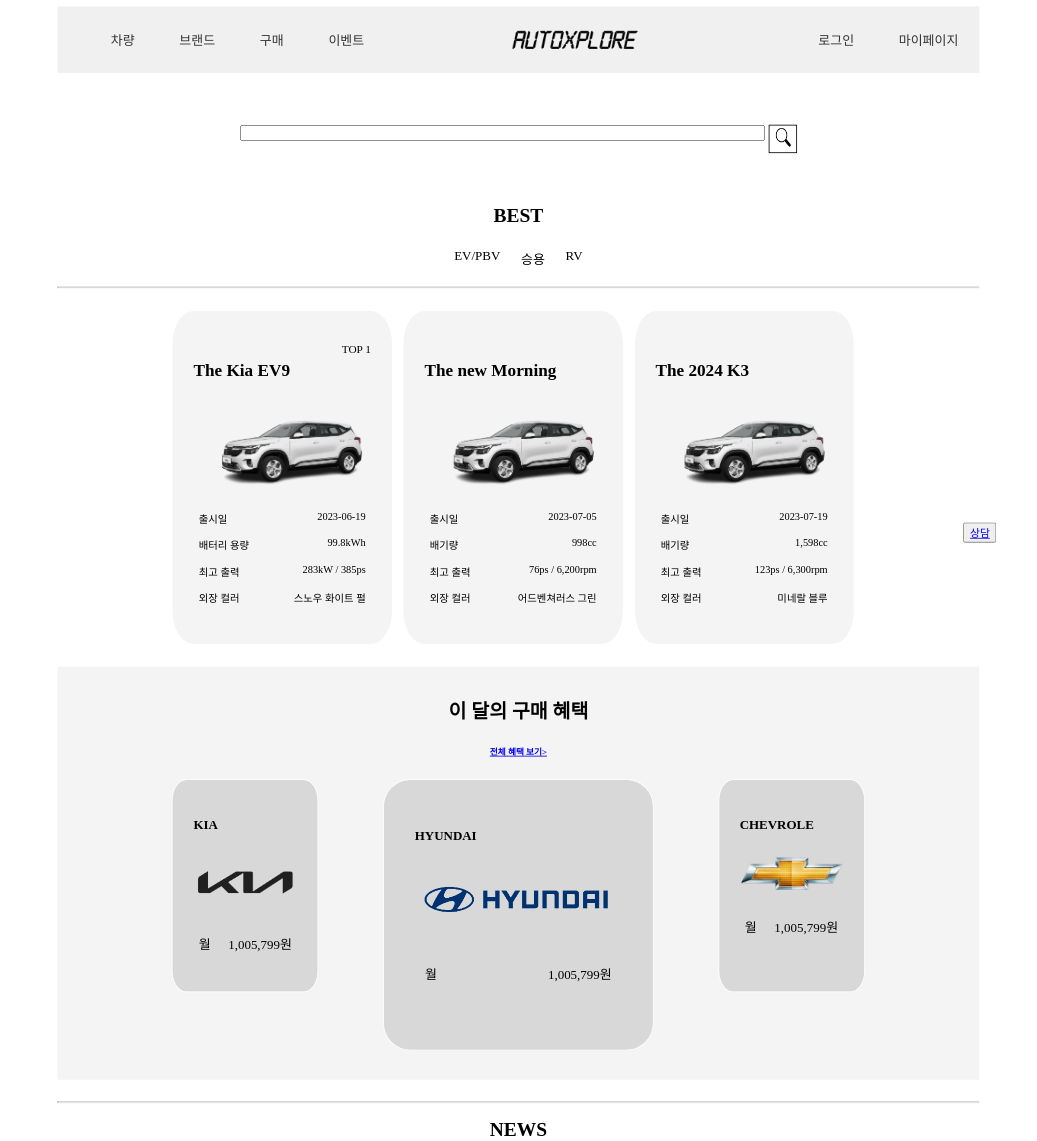
Repository: Autoxplore/Autoxplore
Page: mainPage.html
These files come from the project's save history. The page is drawn as it stood at one moment and after the next save; the edit follows.
The browser window is 1280 px wide. The pictures show the part of the page from y = 0 to 1409 px (the page is 2403 px tall before and 2439 px after), at 81% of full size.
A picture or video elsewhere on the page could not be fetched, so the positions and the page height are approximate.

Above is the page before, as saved 2023-08-03 15:42:14.

### mainPage.html
<!DOCTYPE html>
<html lang="en">
<head>
    <meta charset="UTF-8">
    <meta name="viewport" content="width=device-width, initial-scale=1.0">
    <title>AUTOXPLORE MAIN</title>
    <link rel="stylesheet" href="harin_css/mainPage.css">
</head>
<body>
    <div id="wrap">
        <header>
            <nav class="header1">
                <ul>
                    <li><a href="#">차량</a></li>
                    <li><a href="#">브랜드</a></li>
                    <li><a href="#">구매</a></li>
                    <li><a href="#">이벤트</a></li>
                </ul>
            </nav>
                <a href="#" title="메인 페이지로 이동" ><img class="logo" src="image/logo/autoxplore.png" alt="AUTOXPLORE 로고"></a>
            <nav class="header2">
                <ul>
                    <li><a href="#">로그인</a></li>
                    <li><a href="#">마이페이지</a></li>
                </ul>
            </nav>
        </header>
        <section class="search">
            <input type="text">
            <button type="button" onclick="alert('click!')"><img src="image/search/search.png" alt="검색"></button>
        </section>
        <div>
            <div class="best">
                <h2>BEST</h2>
                <div>
                    <ul>
                        <li><a href="#">EV/PBV</a></li>
                        <li><a href="#">승용</a></li>
                        <li><a href="#">RV</a></li>
                    </ul>
                </div>
                <hr>
            </div>
            <div id="wrap1">
                <div class="bestContent">
                    <section class="car1">
                        <div class="cartop">
                            <h5>The Kia EV9</h5>
                            <p>TOP 1</p>
                        </div>
                        <div class="carContent">
                            <img class="carImg" src="/image/car/kia/seltos.png" alt="top1 car">
                            <ul>
                                <li>
                                    <div>출시일</div>
                                    <div>2023-06-19</div>
                                </li>
                                <li>
                                    <div>배터리 용량</div>
                                    <div>99.8kWh</div>
                                </li>
                                <li>
                                    <div>최고 출력</div>
                                    <div>283kW / 385ps</div>
                                </li>
                                <li>
                                    <div>외장 컬러</div>
                                    <div>스노우 화이트 펄</div>
                                </li>
                            </ul>
                        </div>
                    </section>
                    <section class="car1">
                        <div class="cartop">
                            <h5>The new Morning</h5>
                        </div>
                        <div class="carContent">
                            <img class="carImg" src="/image/car/kia/seltos.png" alt="top1 car">
                            <ul>
                                <li>
                                    <div>출시일</div>
                                    <div>2023-07-05</div>
                                </li>
                                <li>
                                    <div>배기량</div>
                                    <div>998cc</div>
                                </li>
                                <li>
                                    <div>최고 출력</div>
                                    <div>76ps / 6,200rpm</div>
                                </li>
                                <li>
                                    <div>외장 컬러</div>
                                    <div>어드벤쳐러스 그린</div>
                                </li>
                            </ul>
                        </div>
                    </section>
                    <section class="car1">
                        <div class="cartop">
                            <h5>The 2024 K3 </h5>
                        </div>
                        <div class="carContent">
                            <img class="carImg" src="/image/car/kia/seltos.png" alt="top1 car">
                            <ul>
                                <li>
                                    <div>출시일</div>
                                    <div>2023-07-19</div>
                                </li>
                                <li>
                                    <div>배기량</div>
                                    <div>1,598cc</div>
                                </li>
                                <li>
                                    <div>최고 출력</div>
                                    <div>123ps / 6,300rpm</div>
                                </li>
                                <li>
                                    <div>외장 컬러</div>
                                    <div>미네랄 블루</div>
                                </li>
                            </ul>
                        </div>
                    </section>
                </div>
            </div>
        </div>
        <div class="monthBenefit">
            <h2>이 달의 구매 혜택</h2>
            <h6><a href="#">전체 혜택 보기></a></h6>
            <div id="wrap1">
                <div class="benefitContent">
                    <section class="car2">
                        <div class="cartop2">
                            <h4>KIA</h4>
                        </div>
                        <div class="carContent2">
                            <img class="brandImg1" src="/image/logo/kiaLogo.png" alt="benefit car">
                            <ul>
                                <li>
                                    <div>월</div>
                                    <div>1,005,799원</div>
                                </li>
                            </ul>
                        </div>
                    </section>
                    <section class="car3">
                        <div class="cartop3">
                            <h4>HYUNDAI</h4>
                        </div>
                        <div class="carContent3">
                            <img class="brandImg2" src="/image/logo/hyundaiLogo.png" alt="benefit car">
                            <ul>
                                <li>
                                    <div>월</div>
                                    <div>1,005,799원</div>
                                </li>
                            </ul>
                        </div>
                    </section>
                    <section class="car2">
                        <div class="cartop2">
                            <h4>CHEVROLE</h4>
                        </div>
                        <div class="carContent2">
                            <img class="brandImg1" src="/image/logo/chevroleLogo.png" alt="benefit car">
                            <ul>
                                <li>
                                    <div>월</div>
                                    <div>1,005,799원</div>
                                </li>
                            </ul>
                        </div>
                    </section>
                </div>
            </div>
        </div>
        <hr>
        <div class="news">
            <h2>NEWS</h2>
            <article>
                <section class="newsContent">
                    <div class="newsDetail">
                        <h4>우리 소식</h4>
                        <h3>소식 제목</h3>
                        <p>내용내용</p>
                        <br>
                        <input type="button">
                    </div>
                    <div>
                        <img src="image/car/kia/seltos_bg.png" alt="news image">
                    </div>
                </section>
            </article>
        </div>
        <div>
            <section class="newsPre">
                <ul>
                    <li>
                        <div><a href="#">뉴스
                            <br>
                            내용내용
                        </a></div>
                    </li>
                    <li>
                        <div><a href="#">뉴스
                            <br>
                            내용내용
                        </a></div>
                    </li>
                    <li>
                        <div><a href="#">뉴스
                            <br>
                            내용내용
                        </a></div>
                    </li>
                </ul>
            </section>
            <hr>
        </div>
    </div>
    <button class="consult"><a href="#">상담</a></button>
    </div>
        <footer><p>footer 입니다</p></footer>
</body>
</html>

### harin_css/mainPage.css
@media screen and (min-width:1024px),
screen and (min-height:1024px) and (orientation:landscape){

    #wrap{
        width: 90%;
        margin: 0 auto;
    }

    /* 헤더 */
    header{
        display: flex;
        flex-direction: row;
        justify-content: space-between;
        align-items: center;
        background: rgba(220, 216, 216, 0.39);
        margin: 0 auto;
    }

    nav{
        display: flex;
        flex-direction: row;
        justify-content: space-between;
        flex-wrap: wrap;
    }

    .header1{
        margin-right: auto;
    }

    .header2{
        margin-left: auto;
    }

    .logo{
        width: 10rem;
        display: block;
        margin: 0 auto;
    }

    nav ul li{
        display: inline-block;
        list-style: none;
        margin: 1vw;
    }

    nav li a{
        text-decoration: none;
        color: #333;
        padding: 1vw;
    }

    nav li a:hover{
        background-color: rgba(106, 106, 106, 0.497);
        color: white;
        border-radius: 5%;
        padding: 1vw;
    }

    /* 검색창 */
    .search{
        display: flex;
        justify-content: center;
        margin: 5vw;
    }

    .search input[type="text"]{
        width: 50vw;
        height: 2vh;
    }

    .search button{
        width: 35px;
        height: 35px;
        margin-left: 5px;
        background-color: transparent;
        border : 1px solid rgb(0, 0, 0);
    }

    .search button:hover{
        background-color: #b9b9b9;
    }

    .search button img{
        width: 20px;
        height: 25px;
    }

    /* best 섹션 */
    /* best 헤더 */
    .best h2{
        text-align: center;
    }

    .best ul{
        display: flex;
        justify-content: center;
        padding: 1vh;
    }

    .best ul li{
        display: inline-block;
        justify-content: center;
    }

    .best ul li:hover{
        font-weight: bold;
        text-decoration: underline;
    }

    .best ul li a{
        text-decoration: none;
        color: rgb(0, 0, 0);
        padding: 1vw;
    }

    /* best 내용 */
    #wrap1{
        width: 80%;
        margin: 0 auto;
    }


    .bestContent{
        display: flex;
        flex-direction: row;
        justify-content: center;
        margin: 3%;
    }

    .car1{
        width: 90%;
        height: auto;
        background-color: rgba(192, 192, 192, 0.185);
        border: 1px solid rgb(255, 255, 255);
        border-radius: 10%;
        padding: 2vw;
        margin-right: 1vw;
    }

    .car1:hover{
        background-color: rgba(109, 109, 109, 0.185);
        font-weight: bold;
    }

    .cartop{
        display: flex;
        flex-direction: row;
        justify-content: space-between;
        font-size: 2vw;
    }

    .cartop p{
        color: rgb(0, 0, 0);
        border-radius: 30%;
        font-size:14px;
        position: relative;
    }

    .carImg{
        display: block;
        width: 20vw;
        height: auto;
        position: relative;
        left: 2vw;
        transition: transform 0.3s ease;
    }

    .carImg:hover{
        transform: translateX(-50px);
    }

    .carContent ul{
        padding: 0;
    }

    .carContent ul li {
        display: flex;
        flex-direction: row;
        justify-content: space-between;
        padding: 3%;
        margin : 0;
        font-size: 1vw;
    }

    /* 이 달의 구매 혜택 섹션 */
    .monthBenefit{
        background-color: rgba(240, 240, 240, 0.747);
    }
    /* 이 달의 구매 혜택 헤더 */
    .monthBenefit h2{
        text-align: center;
        padding: 5vh;
        padding-bottom: 0.1vh;
    }

    .monthBenefit h6{
        text-align: center;
        color: black;
    }

    /* 이 달의 구매 혜택 내용 */
    .benefitContent{
        display: flex;
        flex-direction: row;
        justify-content: space-between;
        margin: 3%;
    }

    .car2{
        width: 10vw;
        background-color: rgba(192, 192, 192, 0.523);
        border: 1px solid rgb(255, 255, 255);
        border-radius: 10%;
        padding: 2vw;
        margin-bottom: 15vh;
    }

    .car3{
        width: 20vw;
        background-color: rgba(192, 192, 192, 0.523);
        border: 1px solid rgb(255, 255, 255);
        border-radius: 10%;
        padding: 3vw;
        margin-bottom: 5vh;
    }

    .cartop2, .cartop3{
        display: flex;
        flex-direction: row;
        justify-content: space-between;
    }

    .cartop2 p{
        color: white;
        border : 1px solid white;
        border-radius: 30%;
        font-size:8px;
    }

    .carImg{
        display: block;
        width: 15vw;
        height: auto;
    }

    .brandImg1{
        display: block;
        width: 10vw;
        height: auto;
    }

    .brandImg2{
        display: block;
        width: 20vw;
        height: auto;
    }

    .carContent2 ul, .carContent3 ul{
        padding: 0;
    }

    .carContent2 ul li, .carContent3 ul li {
        display: flex;
        flex-direction: row;
        justify-content: space-between;
        padding: 5%;
        margin : 0;
    }


    /* news 섹션 */
    .news h2{
        text-align: center;
    }

    .newsContent{
        display: flex;
        flex-direction: row;
        justify-content: space-between;
        margin: 0 auto;
        background-color: rgb(186, 186, 186);
    }

    .newsDetail{
        margin: 3vw;
    }

    .newsContent img{
        width:60vw;
        height: auto;
    }

    .newsPre ul{
        display: flex;
        flex-direction: row;
        justify-content: space-between;
        flex-wrap: wrap;
    }

    .newsPre ul li{
        display: inline-block;
    }

    .newsPre ul li a{
        color: black;
        text-decoration: none;
    }

    /* 상담 버튼 */
    .consult{
        position: fixed;
        bottom: 50px;
        right: 50px;
    }


    /* footer 섹션 */
    footer{
        background-color: rgb(0, 0, 0);
    }

    footer p{
        padding: 10vw;
        color: white;
    }






}

After the next save:
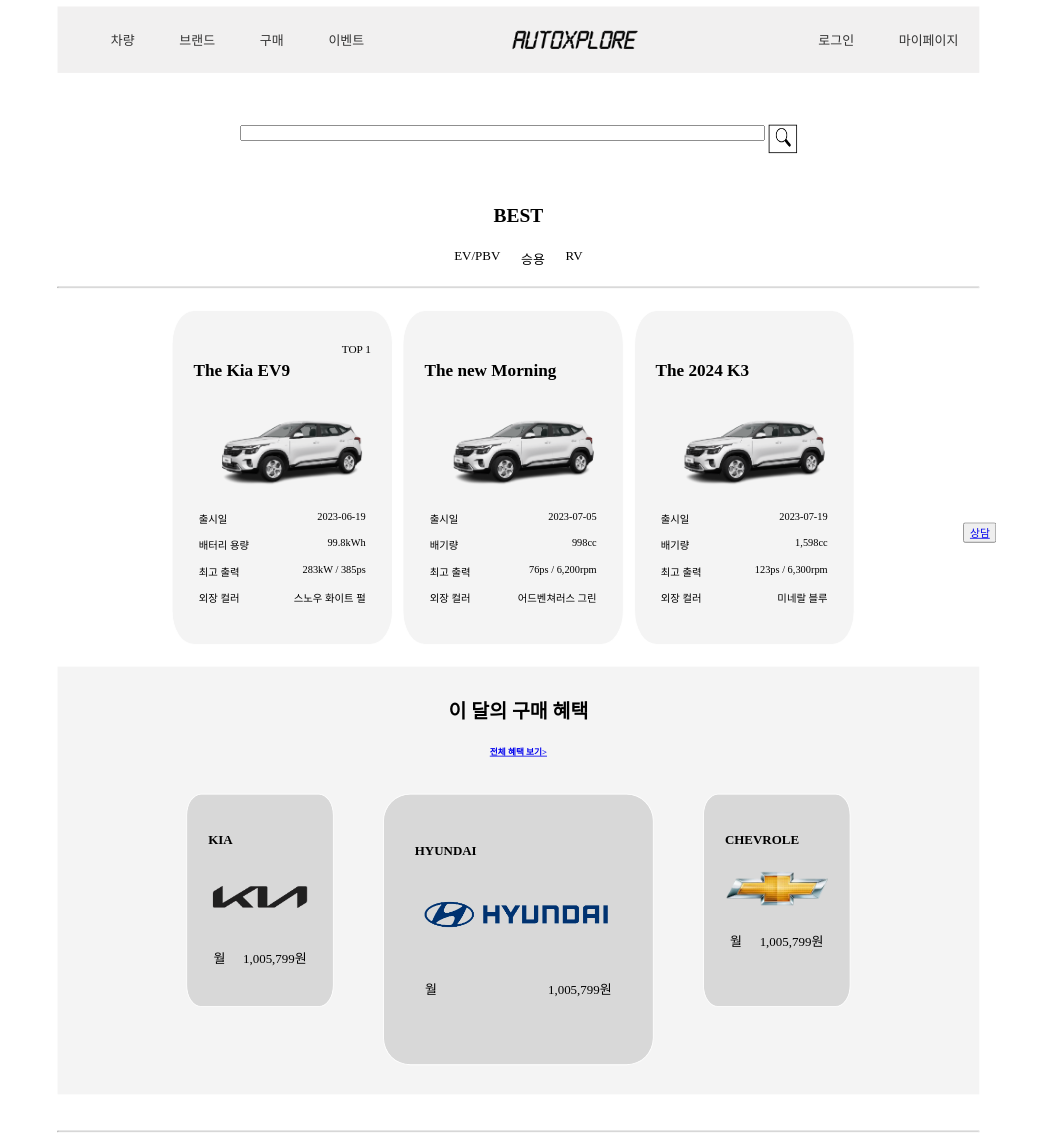
Saved 4 s later.
--- a/harin_css/mainPage.css
+++ b/harin_css/mainPage.css
@@ -203,7 +203,7 @@
         display: flex;
         flex-direction: row;
         justify-content: space-between;
-        margin: 3%;
+        margin: 5%;
     }
 
     .car2{
